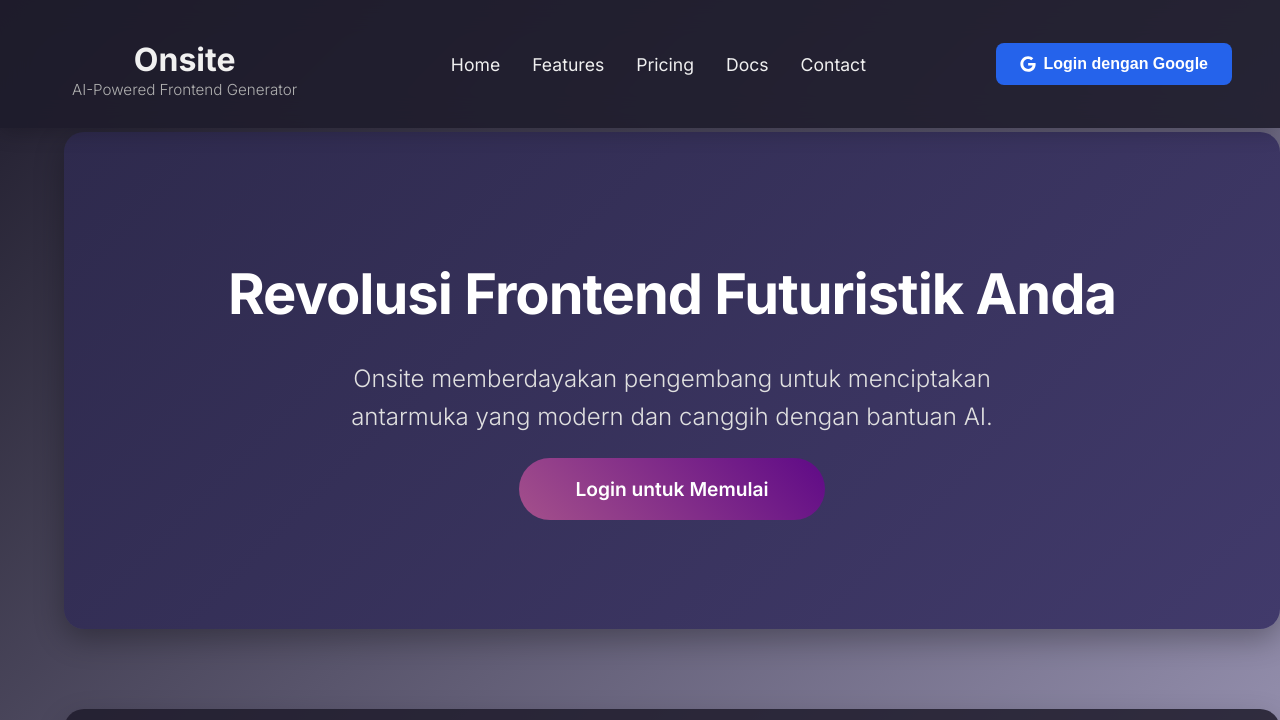
Repository: arifsoul/onsite
Page: / (app in onsite/)
These files come from the project's save history. The page is drawn as it stood at one moment and after the next save; the edit follows.
The browser window is 1280 px wide. The pictures show the whole page.
An inner scrolling area shows only its first screen. The project was rebuilt for these pictures with package versions that can differ from the ones it lists, and the page was loaded fresh each time. Also part of the build but not shown: onsite/vite.config.js, onsite/src/components/Editor/CSSPanel.jsx, onsite/src/components/Editor/JSPanel.jsx, onsite/src/components/Editor/ComponentEditor.css, onsite/src/components/Editor/ComponentEditor.jsx, onsite/src/components/Preview/LivePreview.css, onsite/src/components/Preview/LivePreview.jsx, onsite/src/pages/Editor.css and 3 more.

Above is the page before, as saved 2025-04-14 17:45:15.

After the next save:
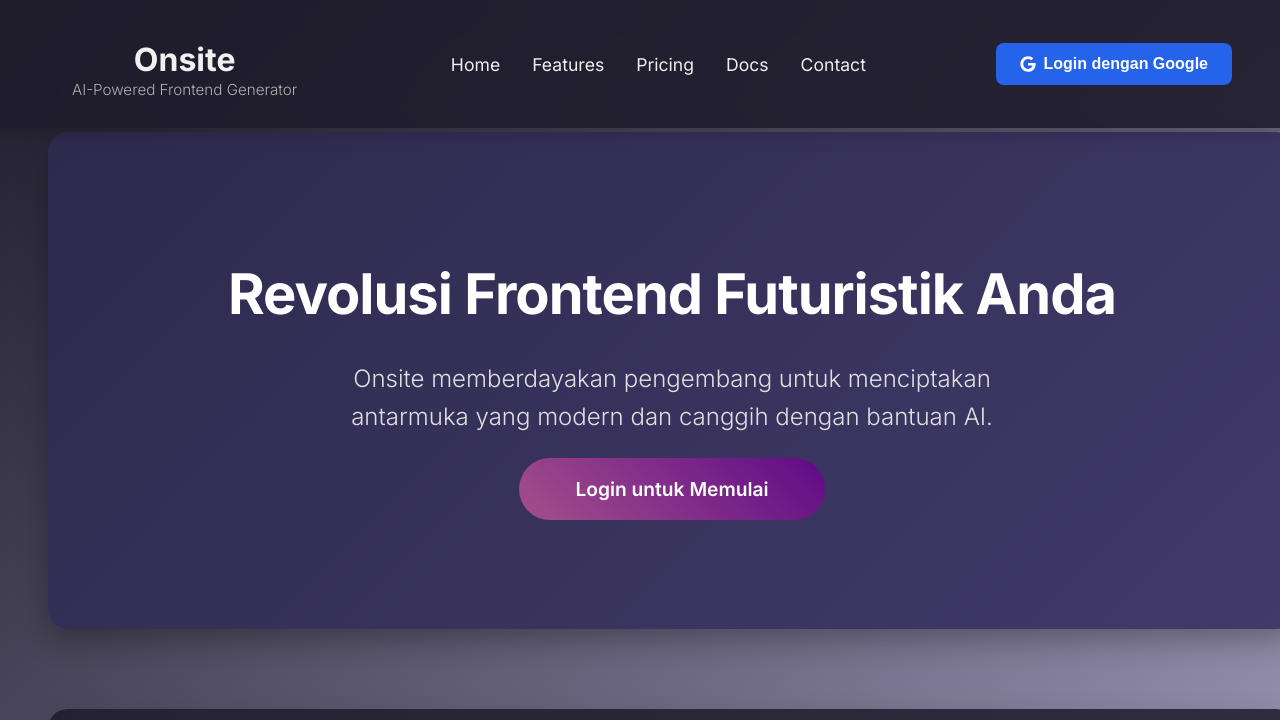
Saved 23 s later.
--- a/onsite/src/pages/Home.css
+++ b/onsite/src/pages/Home.css
@@ -68,7 +68,7 @@
 
 /* Main Content */
 .home-main {
-  padding: 100px 2rem 2rem;
+  padding: 100px 1rem 1rem;
 }
 
 .hero-section {

After the save that followed:
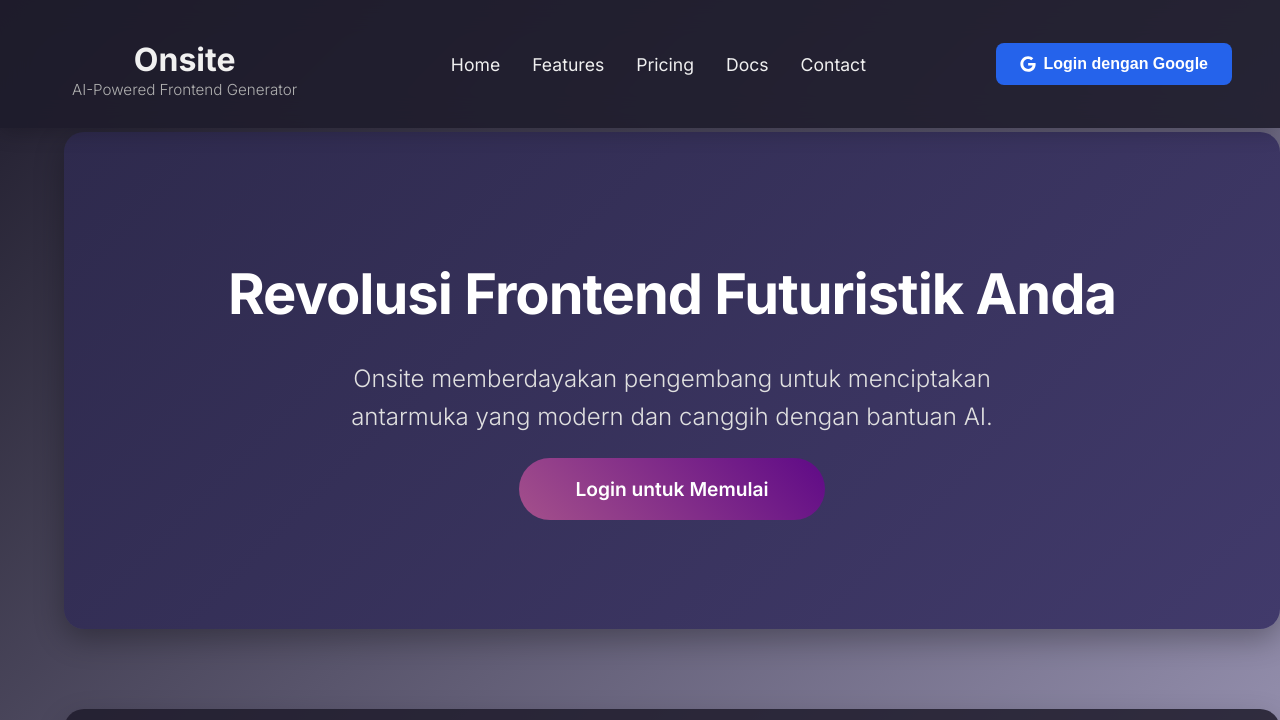
Saved 17 s later.
--- a/onsite/src/pages/Home.css
+++ b/onsite/src/pages/Home.css
@@ -68,7 +68,7 @@
 
 /* Main Content */
 .home-main {
-  padding: 100px 1rem 1rem;
+  padding: 100px 2rem 3rem;
 }
 
 .hero-section {
